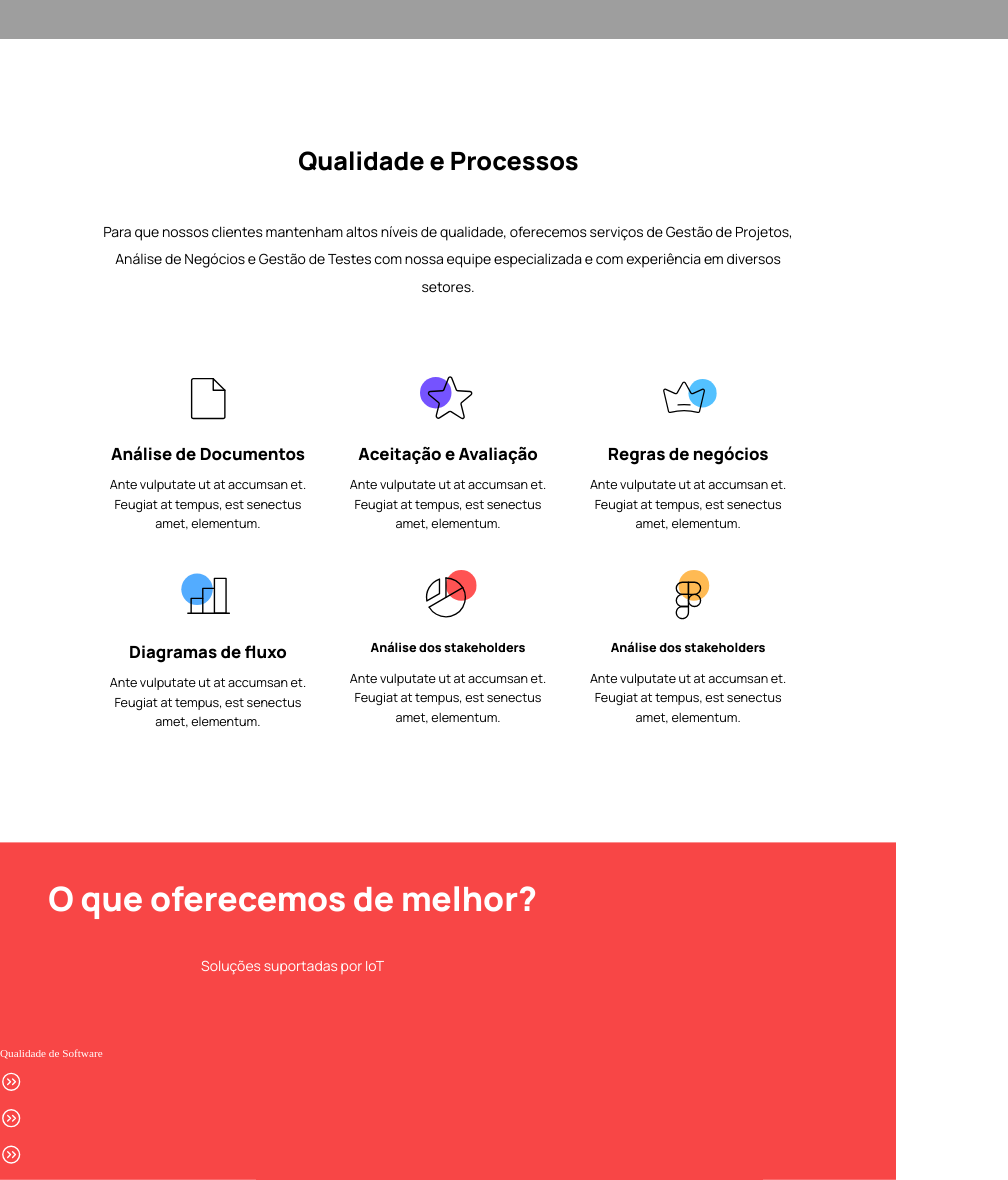
Repository: kleber-goncalves/Landing-Page-Gestao-de-projetos-dnc
Page: index.html
An editor plug-in stored every save of this project. The page is shown before and after the next save, followed by the edit.
The browser window is 1280 px wide. The page is 1440 px wide, so the pictures cover 1440 px, including what lies to the right of the window. The pictures show the part of the page from y = 698 to 2418 px (the page is 2384 px tall before and 2418 px after), at 70% of full size.
Pictures or frames that could not be fetched are drawn as grey boxes.

Above is the page before, as saved 2025-01-05 01:43:49.

After the next save:
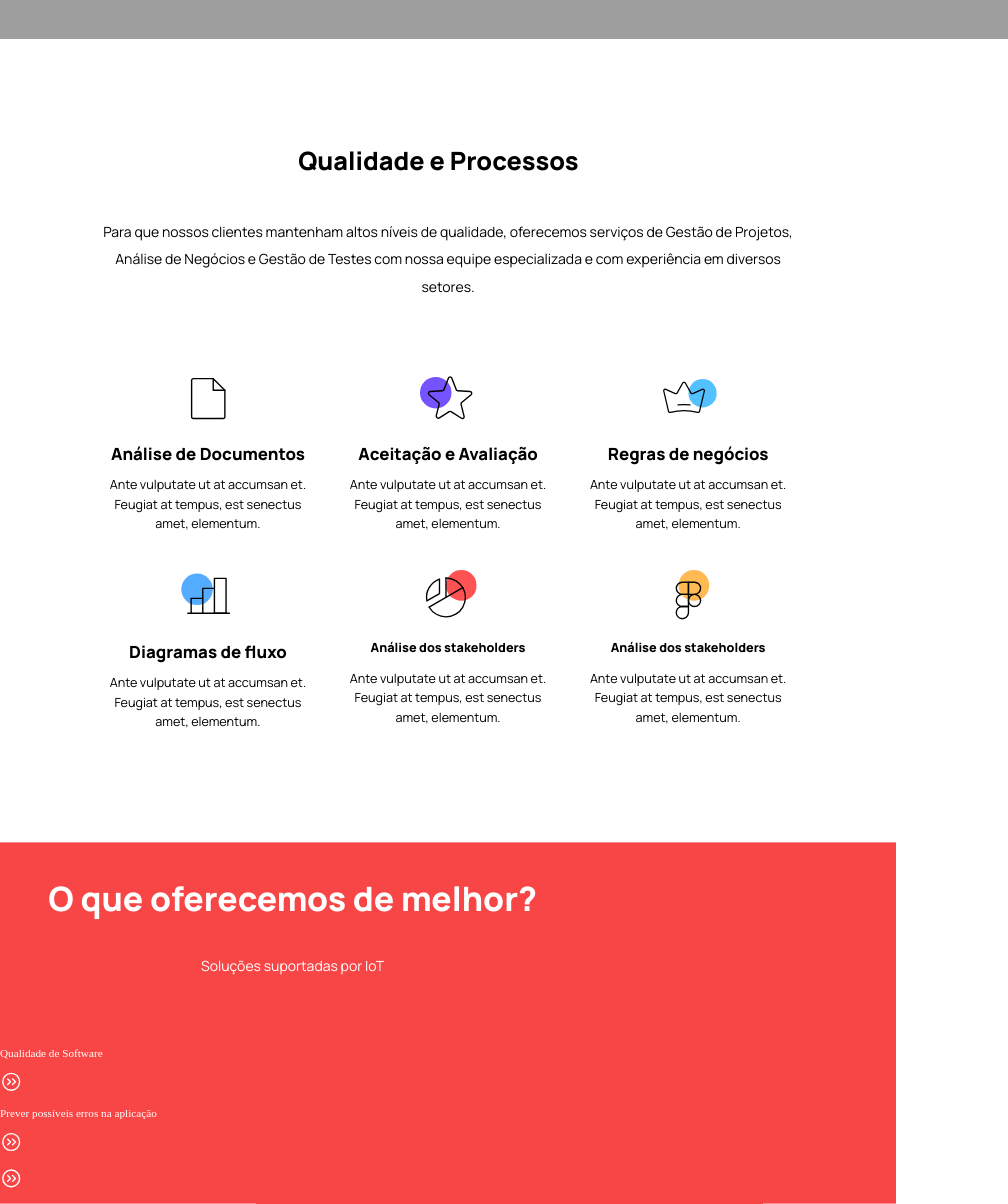
Saved 13 s later.
--- a/index.html
+++ b/index.html
@@ -88,7 +88,7 @@
                 </div>
 
                 <div class="subs-elemt2">
-                    <p></p>
+                    <p>Prever possíveis erros na aplicação</p>
                 </div>
 
                 <div class="icons-elemt2">
